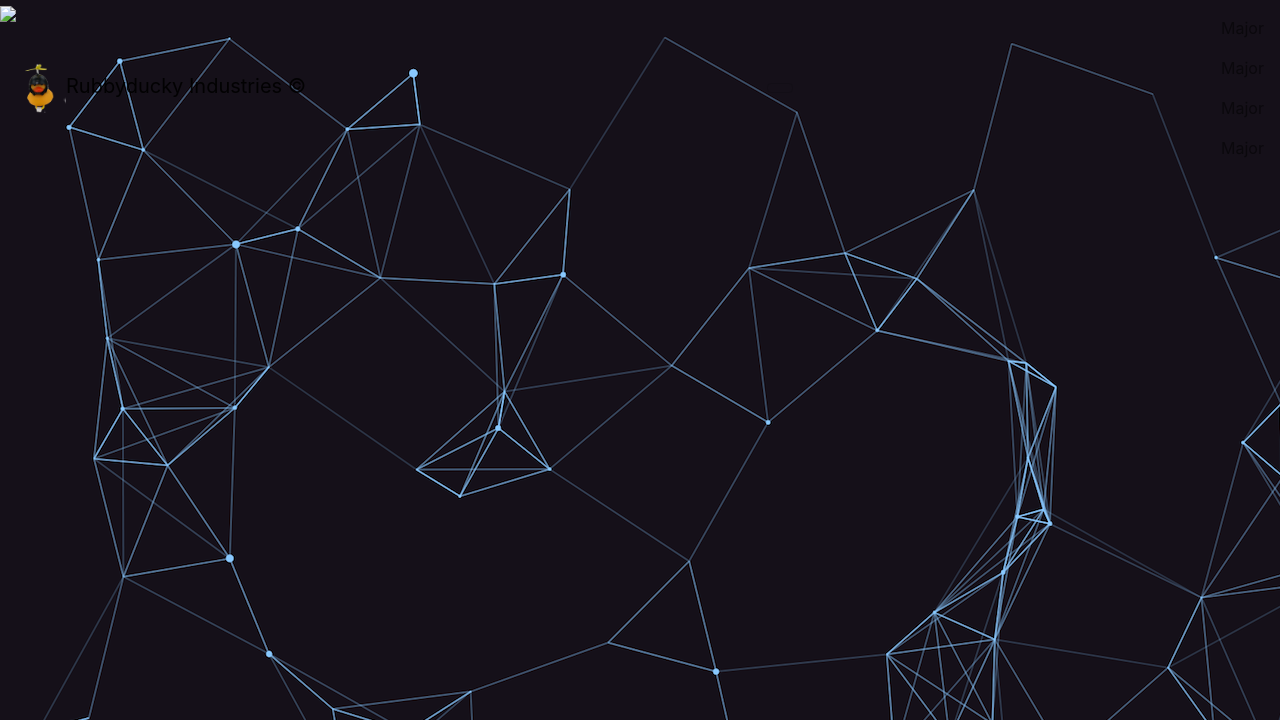
Repository: newcoder69/IST-256
Page: index.html
These files come from the project's save history. The page is drawn as it stood at one moment and after the next save; the edit follows.
The browser window is 1280 px wide. The pictures show the whole page.

Above is the page before, as saved 2024-02-28 21:37:49.
Not found: background1.png

### index.html
<!DOCTYPE html>
<HTML lang="en">
<link rel="stylesheet" href="indexstyles.css">
<link rel="stylesheet" href="https://cdn.jsdelivr.net/npm/bootstrap@4.6.2/dist/css/bootstrap.min.css" integrity="sha384-xOolHFLEh07PJGoPkLv1IbcEPTNtaed2xpHsD9ESMhqIYd0nLMwNLD69Npy4HI+N" crossorigin="anonymous">

<head>
    <nav>
        <div class="navbar navbar-light fixed-top">

            <div class="navbar-brand">
            <a class="navbar-brand" href="index.html"> <img src="voro-rubber-ducky-02_1200x (1).png" style="width: 50px;">Rubbyducky Industries &copy;</a>
            </div>
            <button class="navbar-toggler" ></button>
            <div>
                <ul class="navbar-nav">
                    <li class="nav-item">
                        <a class="nav-link"  href="#">Major</a>
                    </li>

                    <li class="nav-item">
                        <a class="nav-link"  href="#">Major</a>
                    </li>
                    <li class="nav-item">
                        <a class="nav-link"  href="#">Major</a>
                    </li>
                    <li class="nav-item">
                        <a class="nav-link"  href="#">Major</a>
                    </li>
                </ul>
            </div>


        </div>
    </nav>

</head>

<div id="carouselIndicator" class="carousel slide" data-ride="carousel">
    <ol class="carousel-indicators">
        <li data-target="#carouselIndicator" data-slide-to="0" class="active"></li>
        <li data-target="#carouselIndicator" data-slide-to="1" class="active"></li>
        <li data-target="#carouselIndicator" data-slide-to="2" class="active"></li>
    </ol>


    <div class="carousel-inner">
        <div class="carousel-item active">
            <img src="background1.png">
        </div>
    </div>
</div>

<body>


</body>
<script src="https://cdn.jsdelivr.net/npm/jquery@3.5.1/dist/jquery.slim.min.js" integrity="sha384-DfXdz2htPH0lsSSs5nCTpuj/zy4C+OGpamoFVy38MVBnE+IbbVYUew+OrCXaRkfj" crossorigin="anonymous"></script>
<script src="https://cdn.jsdelivr.net/npm/bootstrap@4.6.2/dist/js/bootstrap.bundle.min.js" integrity="sha384-Fy6S3B9q64WdZWQUiU+q4/2Lc9npb8tCaSX9FK7E8HnRr0Jz8D6OP9dO5Vg3Q9ct" crossorigin="anonymous"></script>
<script src="https://cdn.jsdelivr.net/npm/jquery@3.5.1/dist/jquery.slim.min.js" integrity="sha384-DfXdz2htPH0lsSSs5nCTpuj/zy4C+OGpamoFVy38MVBnE+IbbVYUew+OrCXaRkfj" crossorigin="anonymous"></script>
<script src="https://cdn.jsdelivr.net/npm/bootstrap@4.6.2/dist/js/bootstrap.min.js" integrity="sha384-+sLIOodYLS7CIrQpBjl+C7nPvqq+FbNUBDunl/OZv93DB7Ln/533i8e/mZXLi/P+" crossorigin="anonymous"></script>


</HTML>

### indexstyles.css
.navbar-contents{
    display: flex;
    justify-content: space-between;
    align-items: center;
    width: 100%;
    margin-top: 25px;
    background-color:darkpurple
}


.navbar-contents ul{
    display: flex;
    list-style: none;
    padding: 0;
    margin: 0;
    justify-content: flex-end;
    width: 100%;
}

.navbar-contents li{
    padding: 15px;

}

#title{
    flex-grow: 1;;
}

#title a{
    display: flex;
    align-items:center;
    text-decoration:none;
    color:white

}

#title a span{
    margin-top: 15px;
}

.nav-button h5{
    margin-top: 25px;
    color:white;
}

body{
    background-image: url(compute-ea4c57a4.png);
}

After the next save:
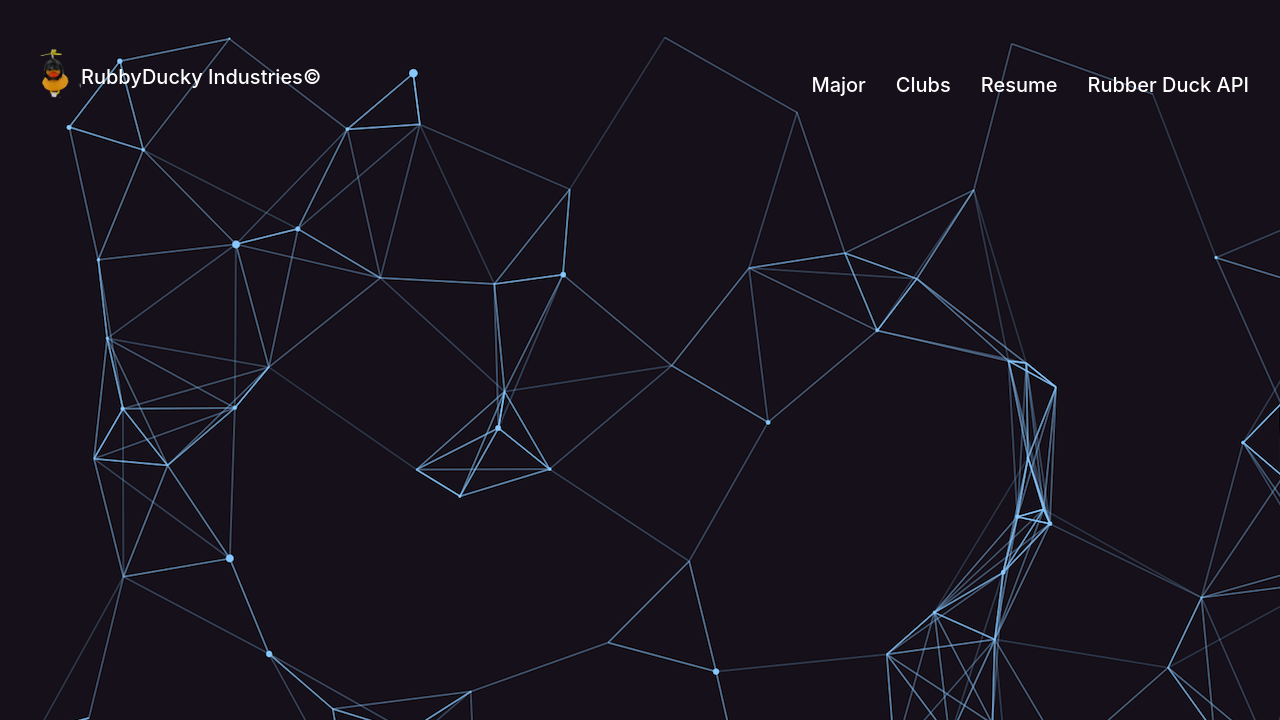
Saved 6 s later.
--- a/index.html
+++ b/index.html
@@ -4,60 +4,50 @@
 <link rel="stylesheet" href="https://cdn.jsdelivr.net/npm/bootstrap@4.6.2/dist/css/bootstrap.min.css" integrity="sha384-xOolHFLEh07PJGoPkLv1IbcEPTNtaed2xpHsD9ESMhqIYd0nLMwNLD69Npy4HI+N" crossorigin="anonymous">
 
 <head>
+
+
+</head>
+
+<body>
     <nav>
-        <div class="navbar navbar-light fixed-top">
-
-            <div class="navbar-brand">
-            <a class="navbar-brand" href="index.html"> <img src="voro-rubber-ducky-02_1200x (1).png" style="width: 50px;">Rubbyducky Industries &copy;</a>
-            </div>
-            <button class="navbar-toggler" ></button>
-            <div>
-                <ul class="navbar-nav">
-                    <li class="nav-item">
-                        <a class="nav-link"  href="#">Major</a>
+        <div class="navbar">
+            <div class="navbar-contents">
+                <ul>
+                    <li id="title">
+                        <a href="index.html" >
+                            <img src="voro-rubber-ducky-02_1200x (1).png" style="width: 50px;">
+                            <span><h5>RubbyDucky Industries&copy;</h5></span>
+                        </a>
                     </li>
 
-                    <li class="nav-item">
-                        <a class="nav-link"  href="#">Major</a>
+                    <li>
+                        <a class="nav-button" href="myMajor.html">
+                            <h5>Major</h5>
+                        </a>
                     </li>
-                    <li class="nav-item">
-                        <a class="nav-link"  href="#">Major</a>
+
+                    <li>
+                        <a class="nav-button" href="myMajor.html">
+                            <h5>Clubs</h5>
+                        </a>
                     </li>
-                    <li class="nav-item">
-                        <a class="nav-link"  href="#">Major</a>
+
+                    <li>
+                        <a class="nav-button" href="myMajor.html">
+                           <h5>Resume</h5>
+                        </a>
+                    </li>
+
+                    <li>
+                        <a class="nav-button" href="myMajor.html">
+                            <h5>Rubber Duck API</h5>
+                        </a>
                     </li>
                 </ul>
             </div>
-
-
         </div>
-    </nav>
-
-</head>
-
-<div id="carouselIndicator" class="carousel slide" data-ride="carousel">
-    <ol class="carousel-indicators">
-        <li data-target="#carouselIndicator" data-slide-to="0" class="active"></li>
-        <li data-target="#carouselIndicator" data-slide-to="1" class="active"></li>
-        <li data-target="#carouselIndicator" data-slide-to="2" class="active"></li>
-    </ol>
-
-
-    <div class="carousel-inner">
-        <div class="carousel-item active">
-            <img src="background1.png">
-        </div>
-    </div>
-</div>
-
-<body>
-
-
+       </nav>
 </body>
-<script src="https://cdn.jsdelivr.net/npm/jquery@3.5.1/dist/jquery.slim.min.js" integrity="sha384-DfXdz2htPH0lsSSs5nCTpuj/zy4C+OGpamoFVy38MVBnE+IbbVYUew+OrCXaRkfj" crossorigin="anonymous"></script>
-<script src="https://cdn.jsdelivr.net/npm/bootstrap@4.6.2/dist/js/bootstrap.bundle.min.js" integrity="sha384-Fy6S3B9q64WdZWQUiU+q4/2Lc9npb8tCaSX9FK7E8HnRr0Jz8D6OP9dO5Vg3Q9ct" crossorigin="anonymous"></script>
-<script src="https://cdn.jsdelivr.net/npm/jquery@3.5.1/dist/jquery.slim.min.js" integrity="sha384-DfXdz2htPH0lsSSs5nCTpuj/zy4C+OGpamoFVy38MVBnE+IbbVYUew+OrCXaRkfj" crossorigin="anonymous"></script>
-<script src="https://cdn.jsdelivr.net/npm/bootstrap@4.6.2/dist/js/bootstrap.min.js" integrity="sha384-+sLIOodYLS7CIrQpBjl+C7nPvqq+FbNUBDunl/OZv93DB7Ln/533i8e/mZXLi/P+" crossorigin="anonymous"></script>
 
 
 </HTML>
